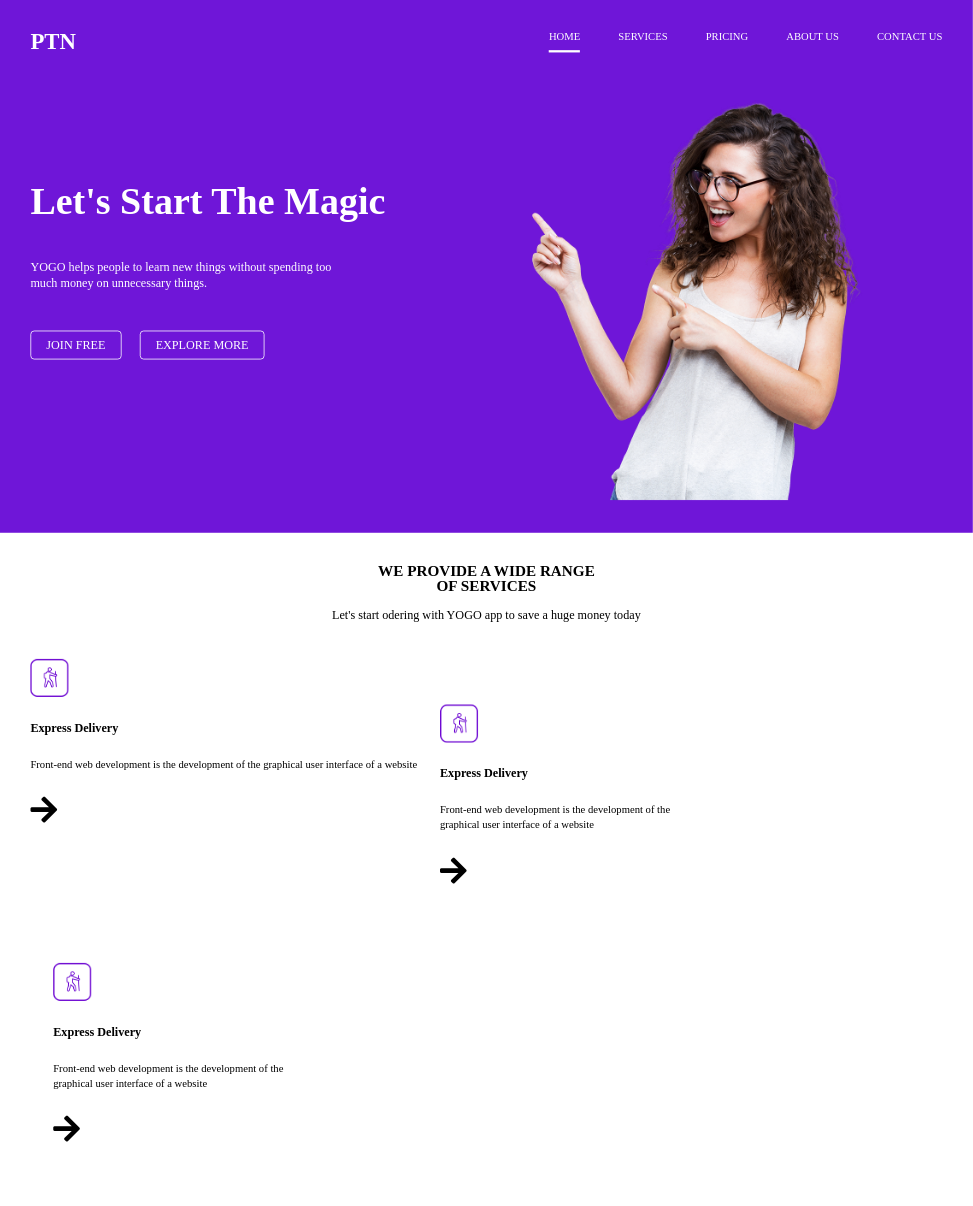
Repository: PhamTrungNguyen/LuyenTap
Page: index.html
An editor plug-in stored every save of this project. The page is shown before and after the next save, followed by the edit.
The browser window is 1280 px wide. The pictures show the whole page, at 76% of full size.
Some web fonts or font styles are not loaded; a fallback is used. The style sheet was rebuilt from its Sass, Less or Tailwind sources for each picture, by a compiler version that may differ from the author's.

Above is the page before, as saved 2021-12-05 19:52:49.

After the next save:
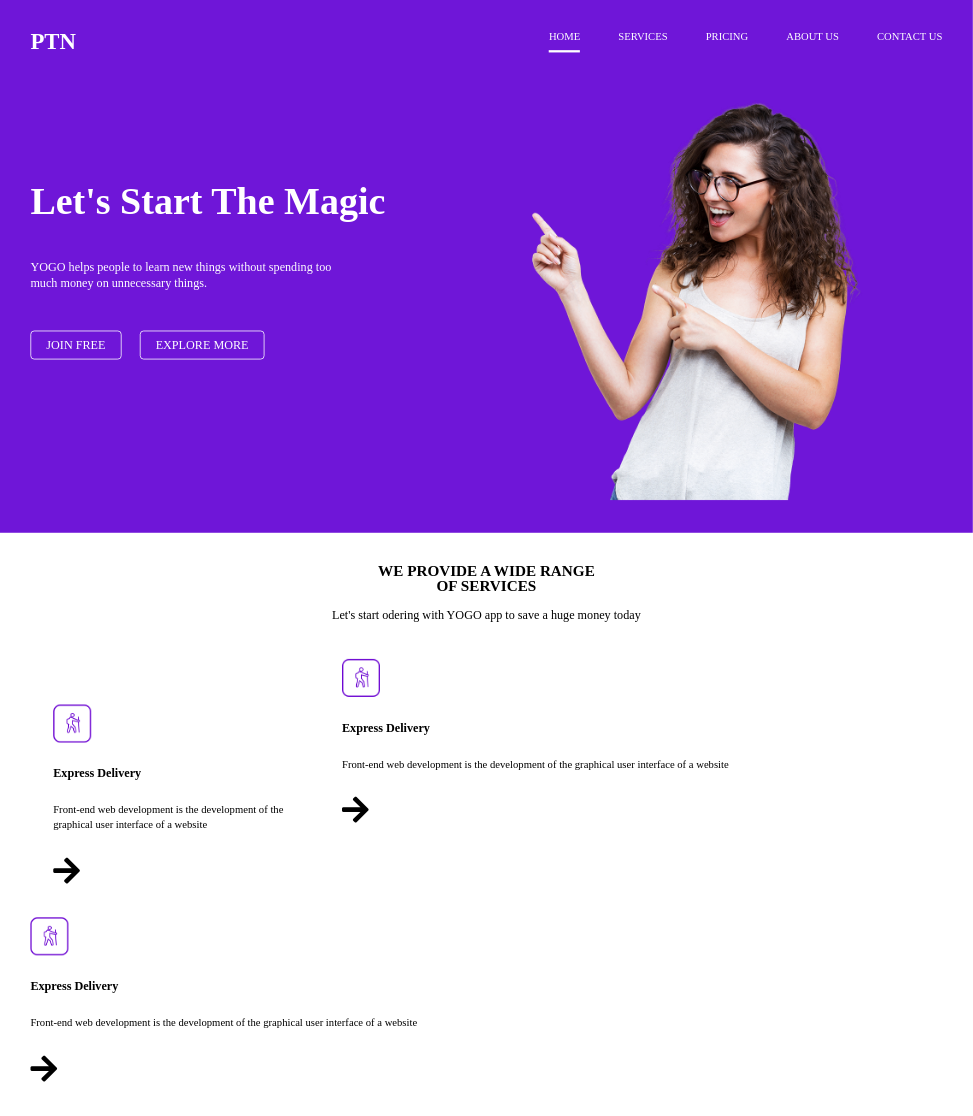
Saved 14 s later.
--- a/style.scss
+++ b/style.scss
@@ -197,22 +197,22 @@
   {
     display:flex;
     flex-wrap: wrap;
-    &--block{
+    &__block{
       padding:6rem 3rem 4rem 3rem;
       // background-color: #6f16d8;
       border-radius:1rem;
     }
-    &--list{
+    &__list{
       width: calc(33.33% - 2rem);
       transition: all 0.5s ease;
     }
-    &--list:hover{
-      .service-below--block{
+    &__list:hover{
+      .service-below__block{
         transition: all 0.5s ease;
         background-color: #6f16d8
       }
     }
-    &--list:not(:last-child)
+    &__list:not(:last-child)
     {
       margin-right: 3rem;
 

After the 2 saves that followed:
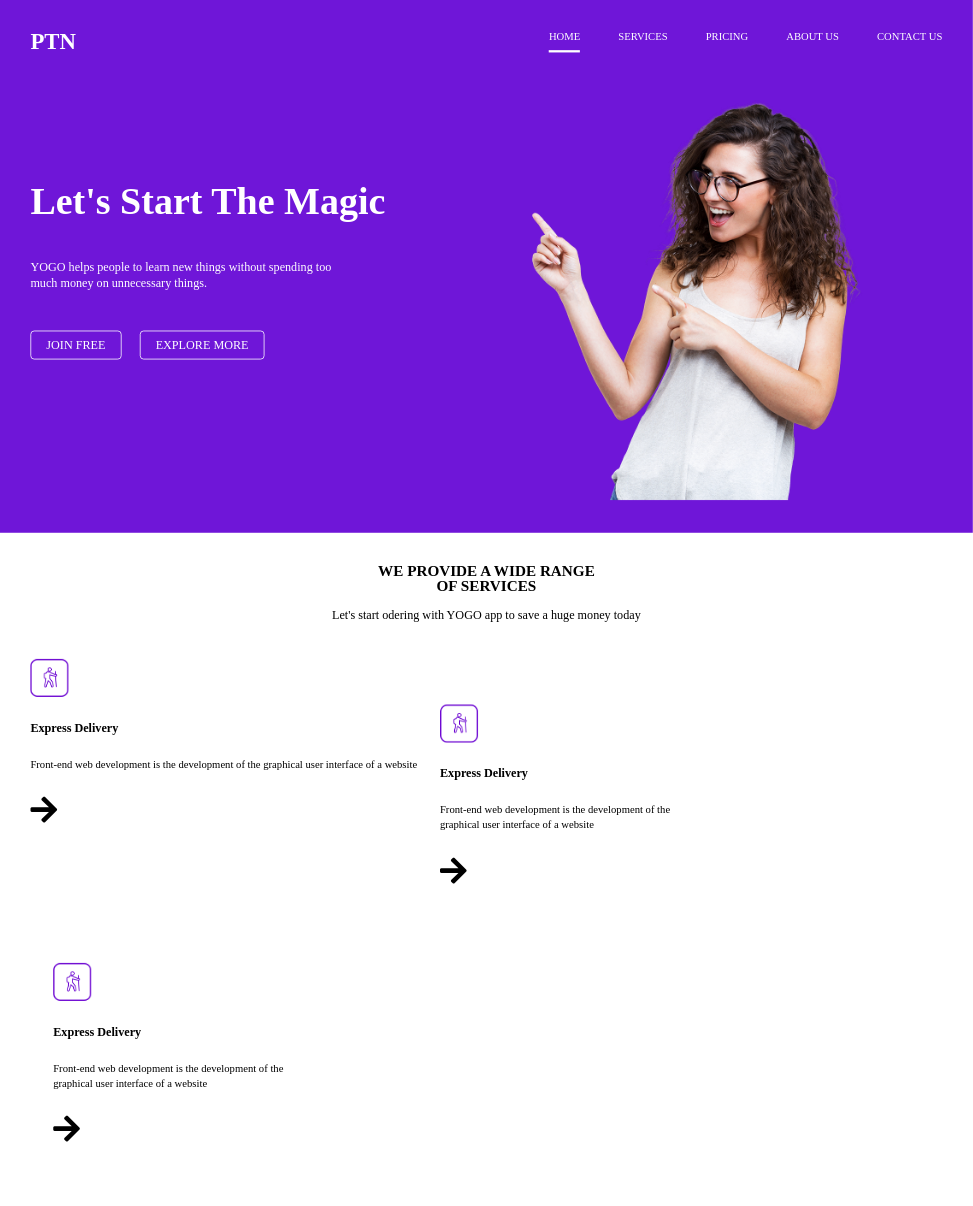
The 2 saves are shown as one change because they came seconds apart.
The last was saved 9 s later.
--- a/style.scss
+++ b/style.scss
@@ -197,22 +197,22 @@
   {
     display:flex;
     flex-wrap: wrap;
-    &__block{
+    &--block{
       padding:6rem 3rem 4rem 3rem;
       // background-color: #6f16d8;
       border-radius:1rem;
     }
-    &__list{
+    &--list{
       width: calc(33.33% - 2rem);
       transition: all 0.5s ease;
     }
-    &__list:hover{
-      .service-below__block{
+    &--list:hover{
+      .service-below--block{
         transition: all 0.5s ease;
         background-color: #6f16d8
       }
     }
-    &__list:not(:last-child)
+    &--list:not(:last-child)
     {
       margin-right: 3rem;
 
